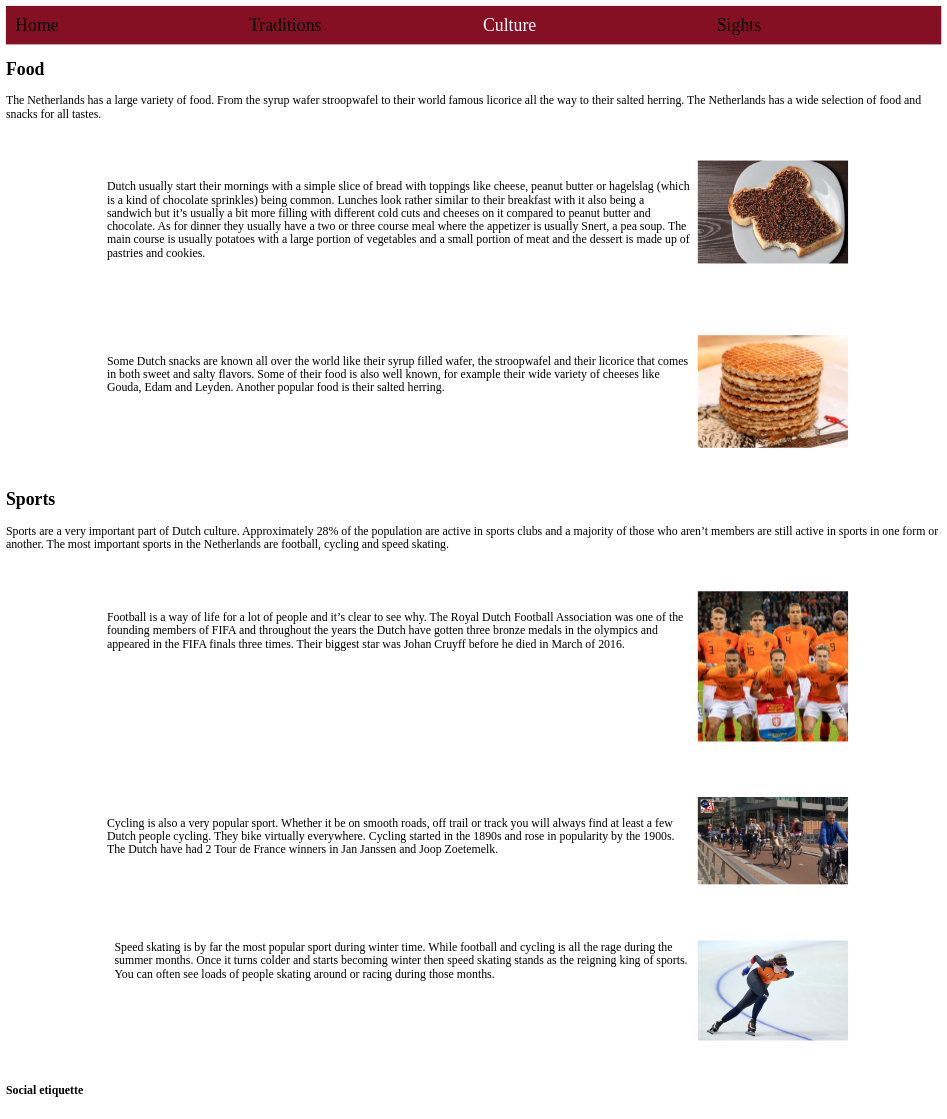
Repository: Cornman63/The-netherlands
Page: html/culture2.html
The author's editor kept a copy of each file at every save. The page is drawn from the files as they stood at one save, then again after the next save.
The browser window is 1280 px wide. The pictures show the whole page, at 74% of full size.

Above is the page before, as saved 2023-05-26 13:29:12.

### html/culture2.html
<!DOCTYPE html>
<html lang="en">
<head>
    <meta charset="UTF-8">
    <meta http-equiv="X-UA-Compatible" content="IE=edge">
    <meta name="viewport" content="width=device-width, initial-scale=1.0">
    <title>Culture</title>
    <link rel="stylesheet" href="../CSS\style2.css">
</head>
<body>
    <div class="top">
        <div class="topbar"><a href="index.html" class="link">Home</a></div>
        <div class="topbar"><a href="traditions.html" class="link">Traditions</a></div>
        <div class="topbar"><a href="culture2.html" style="color: white" class="link">Culture</a></div>
        <div class="topbar"><a href="sights.html" class="link">Sights</a></div>
    </div>
        <div class="foodstart">
            <h2>Food</h2>
             <p>The Netherlands has a large variety of food. From the syrup wafer stroopwafel to their world famous licorice all the way to their salted herring. The Netherlands has a wide selection of food and snacks for all tastes.</p>
        </div>
        <div class="foodmain">
        <div class="item">
            <p class="par">Dutch usually start their mornings with a simple slice of bread with toppings like cheese, peanut butter or hagelslag (which is a kind of chocolate sprinkles) being common. Lunches look rather similar to their breakfast with it also being a sandwich but it’s usually a bit more filling with different cold cuts and cheeses on it compared to peanut butter and chocolate. As for dinner they usually have a two or three course meal where the appetizer is usually Snert, a pea soup. The main course is usually potatoes with a large portion of vegetables and a small portion of meat and the dessert is made up of pastries and cookies. </p>
            <img src="../images\hagelslag.jpg" alt="hagelslag" class="img">
        </div>
        <div class="item">
            <p class="par">Some Dutch snacks are known all over the world like their syrup filled wafer, the stroopwafel and their licorice that comes in both sweet and salty flavors. Some of their food is also well known, for example their wide variety of cheeses like Gouda, Edam and Leyden. Another popular food is their salted herring.</p>
            <img src="../images/stroopwafel.jpg" alt="stroopwafel" class="img">
        </div>

        <div class="sportstart">
            <h2>Sports</h2>
            <p>Sports are a very important part of Dutch culture. Approximately 28% of the population are active in sports clubs and a majority of those who aren’t members are still active in sports in one form or another. The most important sports in the Netherlands are football, cycling and speed skating. </p>
        </div>
        <div class="sportmain">
            <div class="item">
            <p class="par">Football is a way of life for a lot of people and it’s clear to see why. The Royal Dutch Football Association was one of the founding members of FIFA and throughout the years the Dutch have gotten three bronze medals in the olympics and appeared in the FIFA finals three times. Their biggest star was Johan Cruyff before he died in March of 2016. </p>
            <img src="../images/football.jpg" alt="dutch football" class="img">
            </div>
            <div class="item">
                <p class="par">Cycling is also a very popular sport. Whether it be on smooth roads, off trail or track you will always find at least a few Dutch people cycling. They bike virtually everywhere. Cycling started in the 1890s and rose in popularity by the 1900s. The Dutch have had 2 Tour de France winners in Jan Janssen and Joop Zoetemelk.</p>
                <img src="../images/cycling.jpg" alt="cycling" class="img">
            </div>
            <div class="item">
                <p class="par"></p>Speed skating is by far the most popular sport during winter time. While football and cycling is all the rage during the summer months. Once it turns colder and starts becoming winter then speed skating stands as the reigning king of sports. You can often see loads of people skating around or racing during those months.</p>
                <img src="../images/skating.jpg" alt="skating" class="img">
            </div>
        </div>
        <div class="soceqstart">
            <h4>Social etiquette</h4>
            <p></p>
        </div>
    </div>
    <div class="bottom">

    </div>
</body>
</html>

### CSS/style2.css
.top, .bottom {
    display: flex;
    flex-direction: row;
    justify-content: center;
    align-content:center;
    background-color:#861023;
    margin: auto;
    font-size: 150%;
}
.bottom{
    background-color: #053484;
}
.topbar {
    display: flex;
    border: 1%;
    margin: 1%;
    margin-right: 10%;
    align-content: center;
    width: 90%;
}

.link{
    text-decoration: none;
}
.link:link {
    color:black;
}
.link:visited {
    color:black;
}
.link:hover {
    color:white;
}
.foodmain {
    display: flex;
    flex-direction: column;
}
.item{
    max-width: 80%;
    margin: auto;
    display: flex;
    flex-direction: row;
    padding: 3%;
}
.img {
    width: 20%;
    height: 20%;
    display: flex;
    flex-direction: row;
}
.par {
    padding: 1%;
}

After the next save:
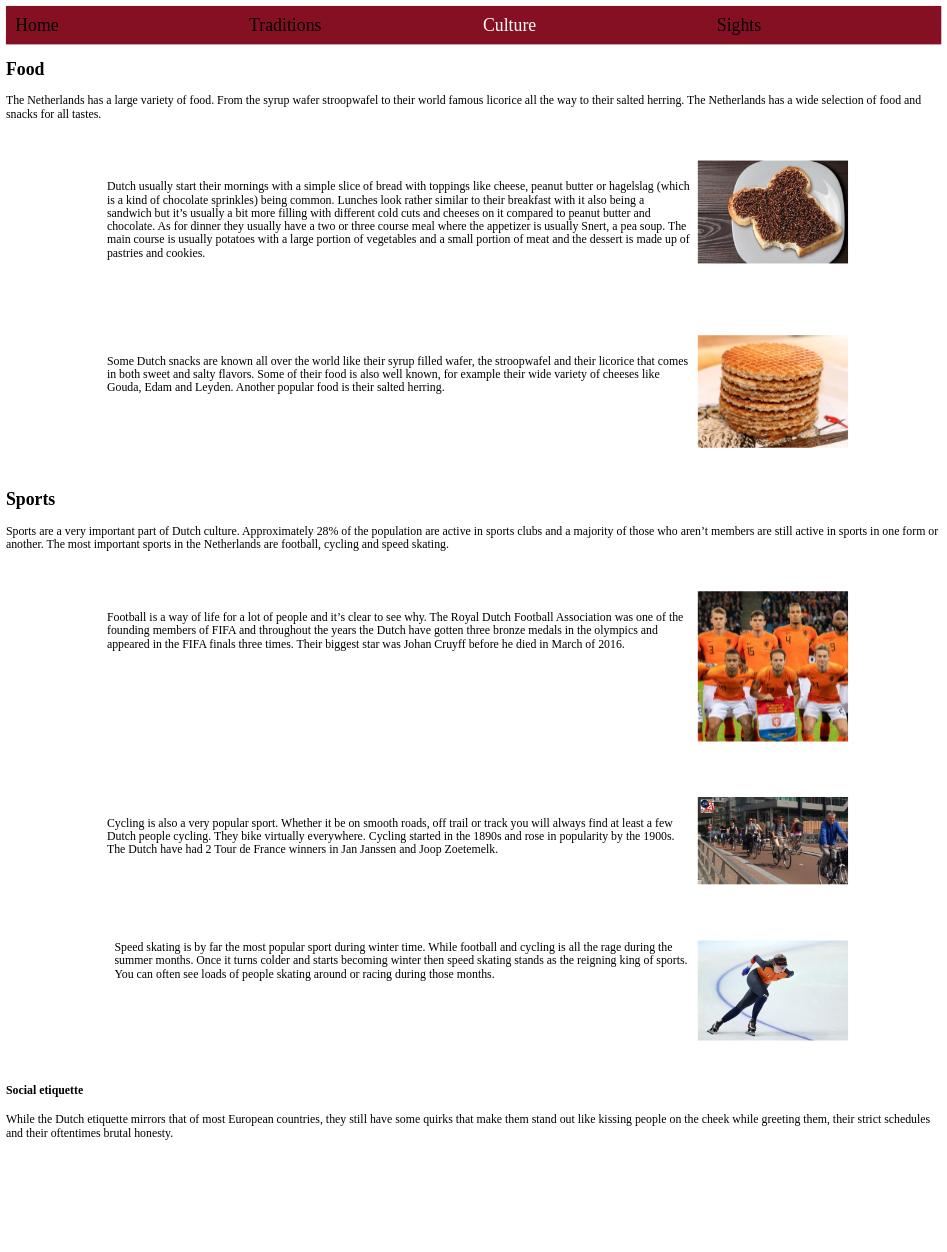
Saved 62 s later.
--- a/html/culture2.html
+++ b/html/culture2.html
@@ -48,7 +48,12 @@
         </div>
         <div class="soceqstart">
             <h4>Social etiquette</h4>
-            <p></p>
+            <p>While the Dutch etiquette mirrors that of most European countries, they still have some quirks that make them stand out like kissing people on the cheek while greeting them, their strict schedules and their oftentimes brutal honesty.</p>
+        </div>
+        <div class="soceqmain">
+            <div class="item">
+                <p class="par"></p>
+            </div>
         </div>
     </div>
     <div class="bottom">
